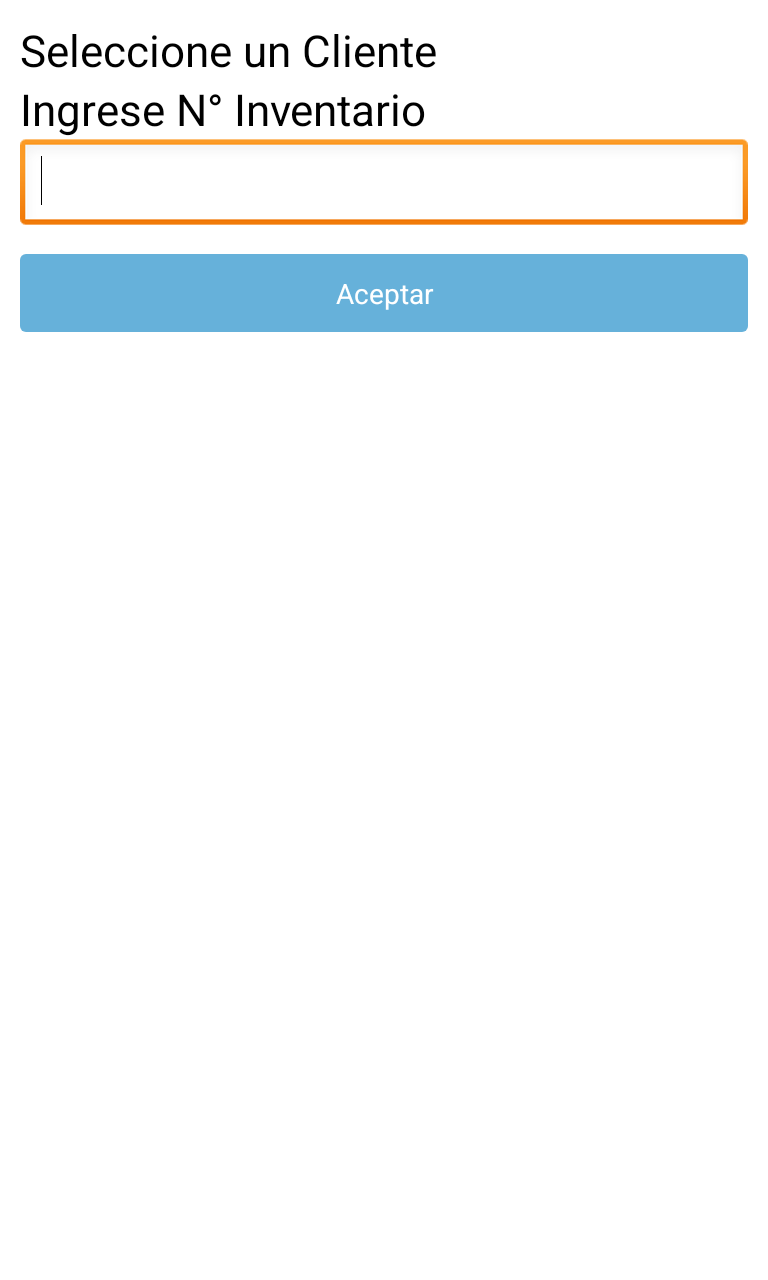
Repository: arodriguezp2003/aqandroid
Layout: BlueFlameWMS/res/layout/seleccioncliente.xml
The author's editor kept a copy of each file at every save. The layout is drawn from the files as they stood at one save, then again after the next save.
It is drawn on a 768 x 1280 px phone screen (xhdpi) without system bars, with theme android:Theme.Light.NoTitleBar; the app's code is not run. Lists and similar views that code fills are empty.

Above is the layout before, as saved 2014-06-24 17:17:55.

After the next save:
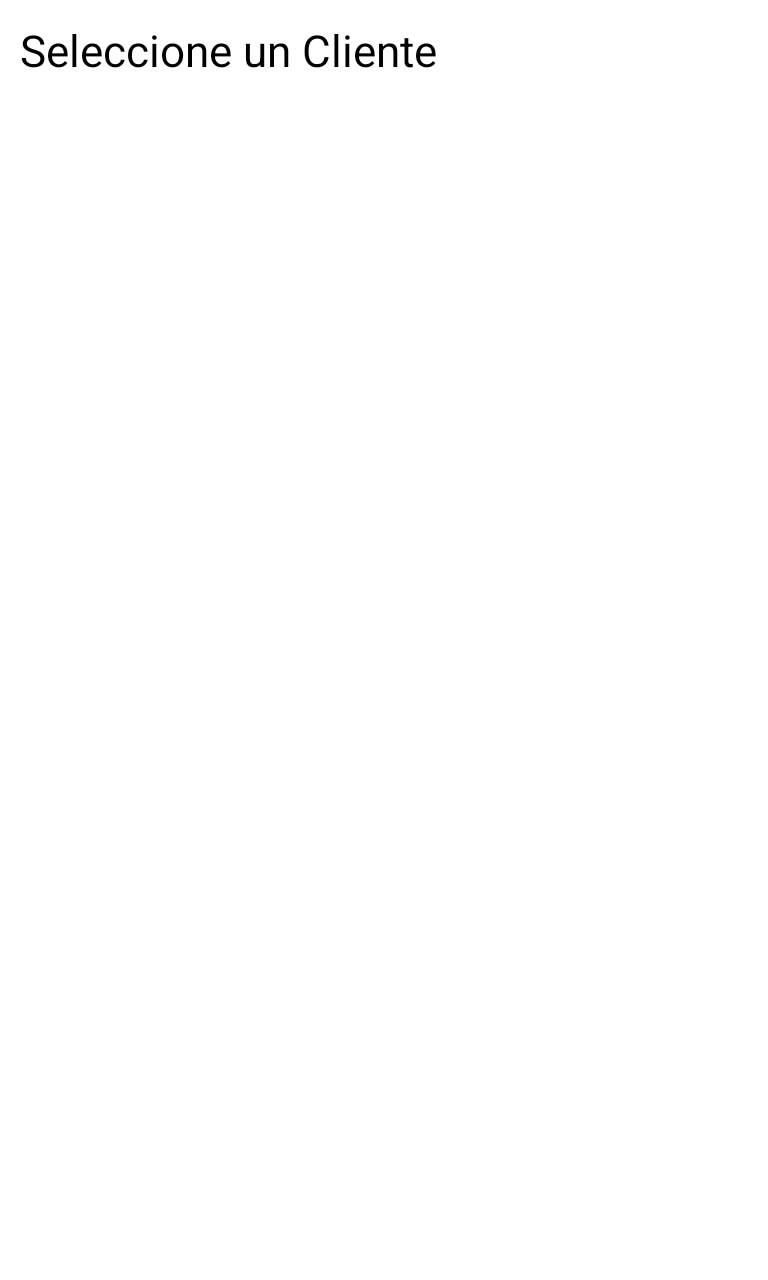
Saved 58 min 23 s later.
--- a/BlueFlameWMS/res/layout/seleccioncliente.xml
+++ b/BlueFlameWMS/res/layout/seleccioncliente.xml
@@ -16,7 +16,7 @@
   <ListView
         android:id="@+id/sc_Clientes"
         android:layout_width="match_parent"
-        android:layout_height="wrap_content" >
+        android:layout_height="match_parent" >
     </ListView>
 
     <TextView android:layout_width="fill_parent"

After the save that followed:
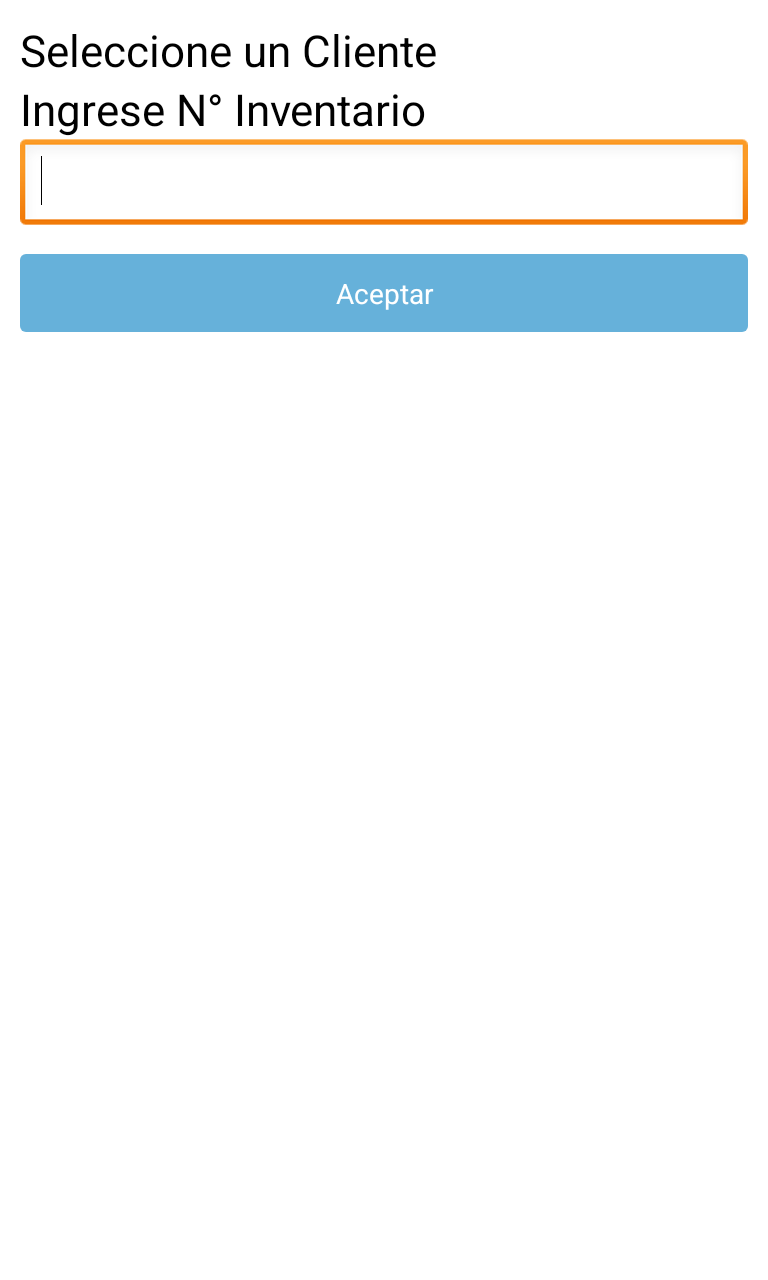
Saved 48 s later.
--- a/BlueFlameWMS/res/layout/seleccioncliente.xml
+++ b/BlueFlameWMS/res/layout/seleccioncliente.xml
@@ -16,7 +16,7 @@
   <ListView
         android:id="@+id/sc_Clientes"
         android:layout_width="match_parent"
-        android:layout_height="match_parent" >
+        android:layout_height="wrap_content" >
     </ListView>
 
     <TextView android:layout_width="fill_parent"
